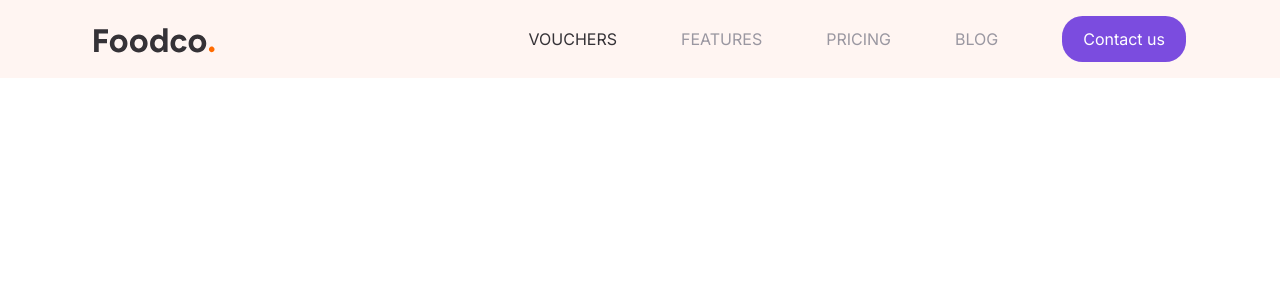
Repository: badhon252/Foodco
Page: index.html
The author's editor kept a copy of each file at every save. The page is drawn from the files as they stood at one save, then again after the next save.
The browser window is 1280 px wide. The pictures show the whole page.
The style sheet was rebuilt from its Sass, Less or Tailwind sources for each picture, by a compiler version that may differ from the author's.

Above is the page before, as saved 2022-09-15 15:26:27.

After the next save:
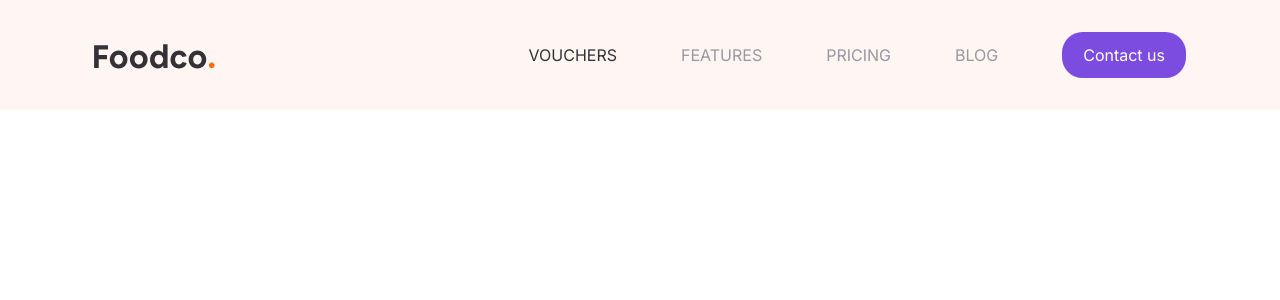
Saved 16 s later.
--- a/index.html
+++ b/index.html
@@ -28,7 +28,7 @@
                         <span class="navbar-toggler-icon"></span>
                     </button>
                     <div class="collapse navbar-collapse" id="navbarNav">
-                        <ul class="navbar-nav ms-auto">
+                        <ul class="navbar-nav ms-auto py-3">
                             <li class="nav-item">
                                 <a class="nav-link active" aria-current="page" href="#">Vouchers</a>
                             </li>
